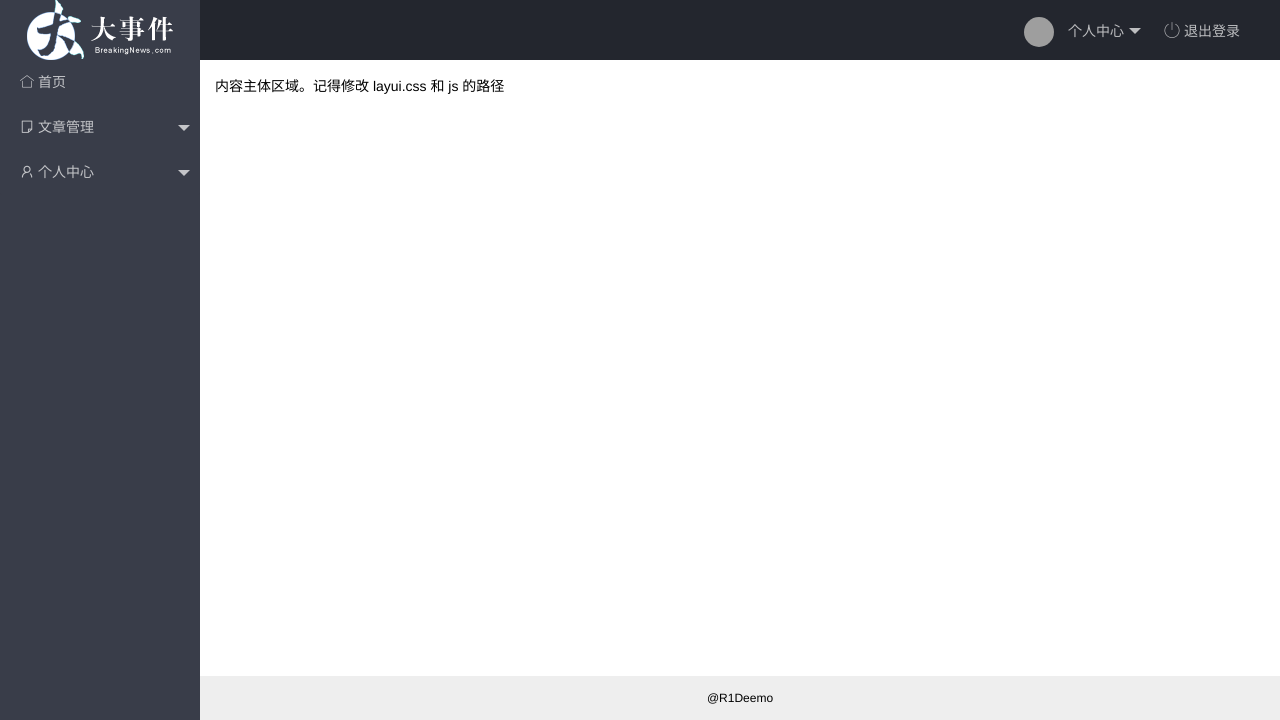
Repository: R1Deemo/Main-project
Page: index.html
The author's editor kept a copy of each file at every save. The page is drawn from the files as they stood at one save, then again after the next save.
The browser window is 1280 px wide. The pictures show the whole page.
Pictures or frames that could not be fetched are drawn as grey boxes.

Above is the page before, as saved 2022-10-30 17:48:25.

### index.html
<!DOCTYPE html>
<html>

<head>
    <meta charset="utf-8">
    <meta name="viewport" content="width=device-width, initial-scale=1, maximum-scale=1">
    <title>layout 管理系统大布局 - Layui</title>
    <link rel="stylesheet" href="/assets/lib/layui/css/layui.css">
    <link rel="stylesheet" href="/assets/css/index.css">
    <link rel="stylesheet" href="/assets/fonts/iconfont.css">
</head>

<body>
    <div class="layui-layout layui-layout-admin">
        <div class="layui-header">
            <div class="layui-logo layui-hide-xs layui-bg-black" id="logo"></div>
            <!-- 头部区域（可配合layui 已有的水平导航） -->
            <ul class="layui-nav layui-layout-left">
                <!-- 移动端显示 -->
                <li class="layui-nav-item layui-show-xs-inline-block layui-hide-sm" lay-header-event="menuLeft">
                    <i class="layui-icon layui-icon-spread-left"></i>
                </li>


                <li class="layui-nav-item">

                    <dl class="layui-nav-child">
                        <dd><a href="">menu 11</a></dd>
                        <dd><a href="">menu 22</a></dd>
                        <dd><a href="">menu 33</a></dd>
                    </dl>
                </li>
            </ul>
            <ul class="layui-nav layui-layout-right">
                <li class="layui-nav-item layui-hide layui-show-md-inline-block">
                    <a href="javascript:;">
                        <img src="//tva1.sinaimg.cn/crop.0.0.118.118.180/5db11ff4gw1e77d3nqrv8j203b03cweg.jpg" class="layui-nav-img"> 个人中心
                    </a>
                    <dl class="layui-nav-child">
                        <dd><a href="">基本资料</a></dd>
                        <dd><a href="">更换头像</a></dd>
                        <dd><a href="">重置密码</a></dd>
                    </dl>
                </li>
                <li class="layui-nav-item" lay-header-event="menuRight" lay-unselect>
                    <a href="javascript:;">
                        <span class="iconfont icon-tuichu"></span> 退出登录</i>
                    </a>
                </li>
            </ul>
        </div>

        <div class="layui-side layui-bg-black">
            <div class="layui-side-scroll">
                <!-- 左侧导航区域（可配合layui已有的垂直导航） -->
                <ul class="layui-nav layui-nav-tree" lay-shrink="all">
                    <li class="layui-nav-item"> <a href="javascript:;"><i class="layui-icon layui-icon-home"></i> 首页</a></li>
                    <li class="layui-nav-item">
                        <a class="" href="javascript:;"> <i class="layui-icon layui-icon-file-b"></i> 文章管理</a>
                        <dl class="layui-nav-child">
                            <dd><a href="javascript:;"><i class="layui-icon layui-icon-release"></i> 文章类别</a></dd>
                            <dd><a href="javascript:;"><i class="layui-icon layui-icon-release"></i> 文章列表</a></dd>
                            <dd><a href="javascript:;"><i class="layui-icon layui-icon-release"></i> 发表文章</a></dd>
                            <!-- <dd><a href="">the links</a></dd> -->
                        </dl>
                    </li>
                    <li class="layui-nav-item">
                        <a href="javascript:;"><i class="layui-icon layui-icon-username"></i> 个人中心</a>
                        <dl class="layui-nav-child">
                            <dd><a href="javascript:;"><i class="layui-icon layui-icon-app"></i> 基本资料</a></dd>
                            <dd><a href="javascript:;"><i class="layui-icon layui-icon-app"></i> 更换头像</a></dd>
                            <dd><a href="javascript:;"><i class="layui-icon layui-icon-app"></i> 重置密码</a></dd>
                        </dl>
                    </li>

                    <!-- <li class="layui-nav-item"><a href="">the links</a></li> -->
                </ul>
            </div>
        </div>

        <div class="layui-body">
            <!-- 内容主体区域 -->
            <div style="padding: 15px;">内容主体区域。记得修改 layui.css 和 js 的路径</div>
        </div>

        <div class="layui-footer">
            <!-- 底部固定区域 -->
            @R1Deemo
        </div>
    </div>
    <script src="/assets/lib/layui/layui.all.js"></script>

</body>

</html>

### assets/css/index.css
#logo {
    background: url(/assets/images/logo.png) no-repeat center;
}

.layui-footer {
    text-align: center;
    font-size: 12px;
}

Loaded but not shown: assets/lib/layui/css/layui.css (library); assets/fonts/iconfont.css (common file); assets/lib/layui/layui.all.js (library); assets/lib/layui/css/modules/laydate/default/laydate.css (library); assets/lib/layui/css/modules/layer/default/layer.css (library); assets/lib/layui/css/modules/code.css (common file)

After the next save:
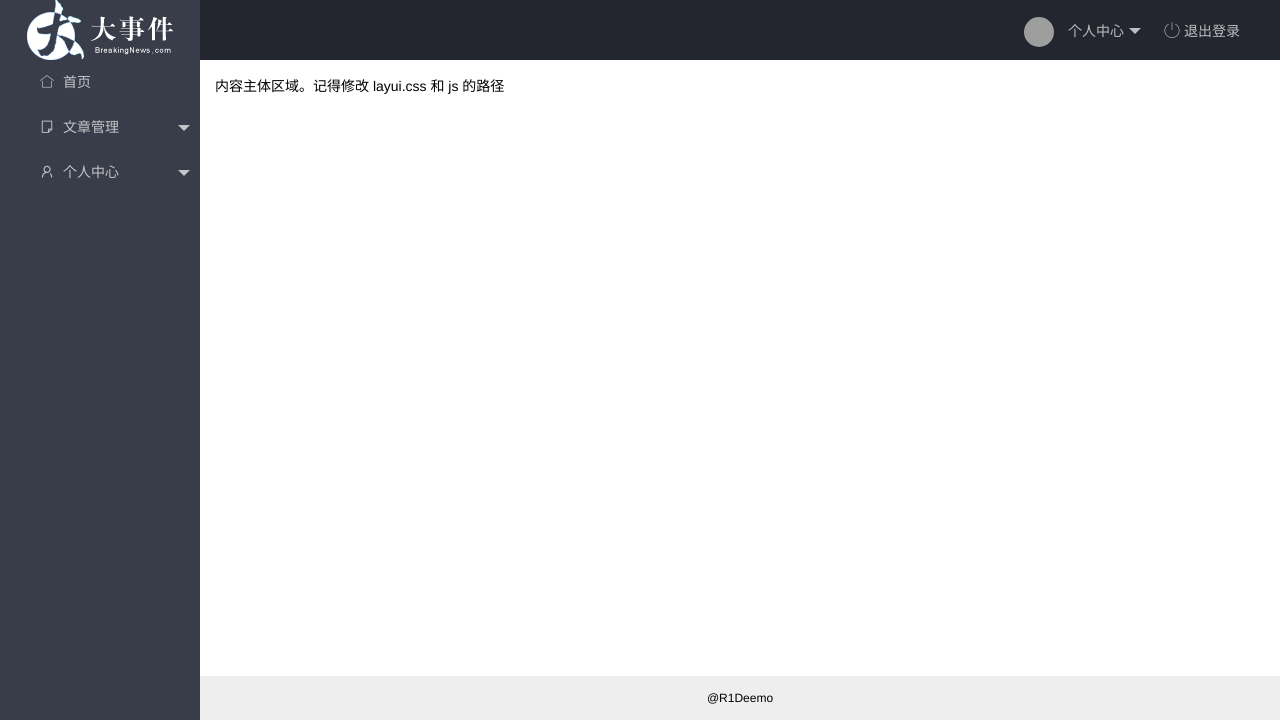
Saved 64 s later.
--- a/assets/css/index.css
+++ b/assets/css/index.css
@@ -6,3 +6,8 @@
     text-align: center;
     font-size: 12px;
 }
+
+.layui-icon {
+    margin-left: 20px;
+    margin-right: 5px;
+}
